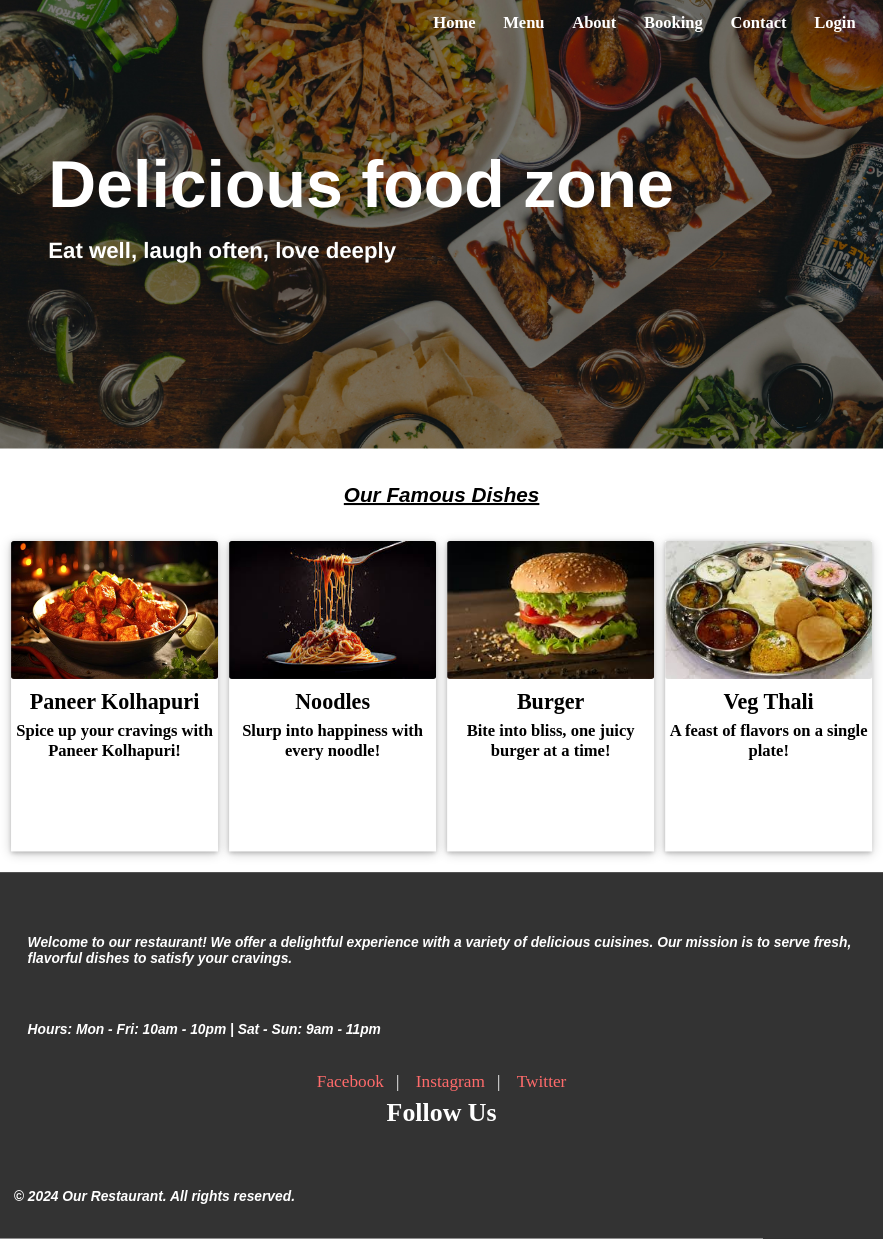
Repository: Shreya-Bonde/Restaurant-management-system
Page: index.html
An editor plug-in stored every save of this project. The page is shown before and after the next save, followed by the edit.
The browser window is 1280 px wide. The pictures show the whole page, at 69% of full size.

Above is the page before, as saved 2024-10-10 14:59:55.

After the next save:
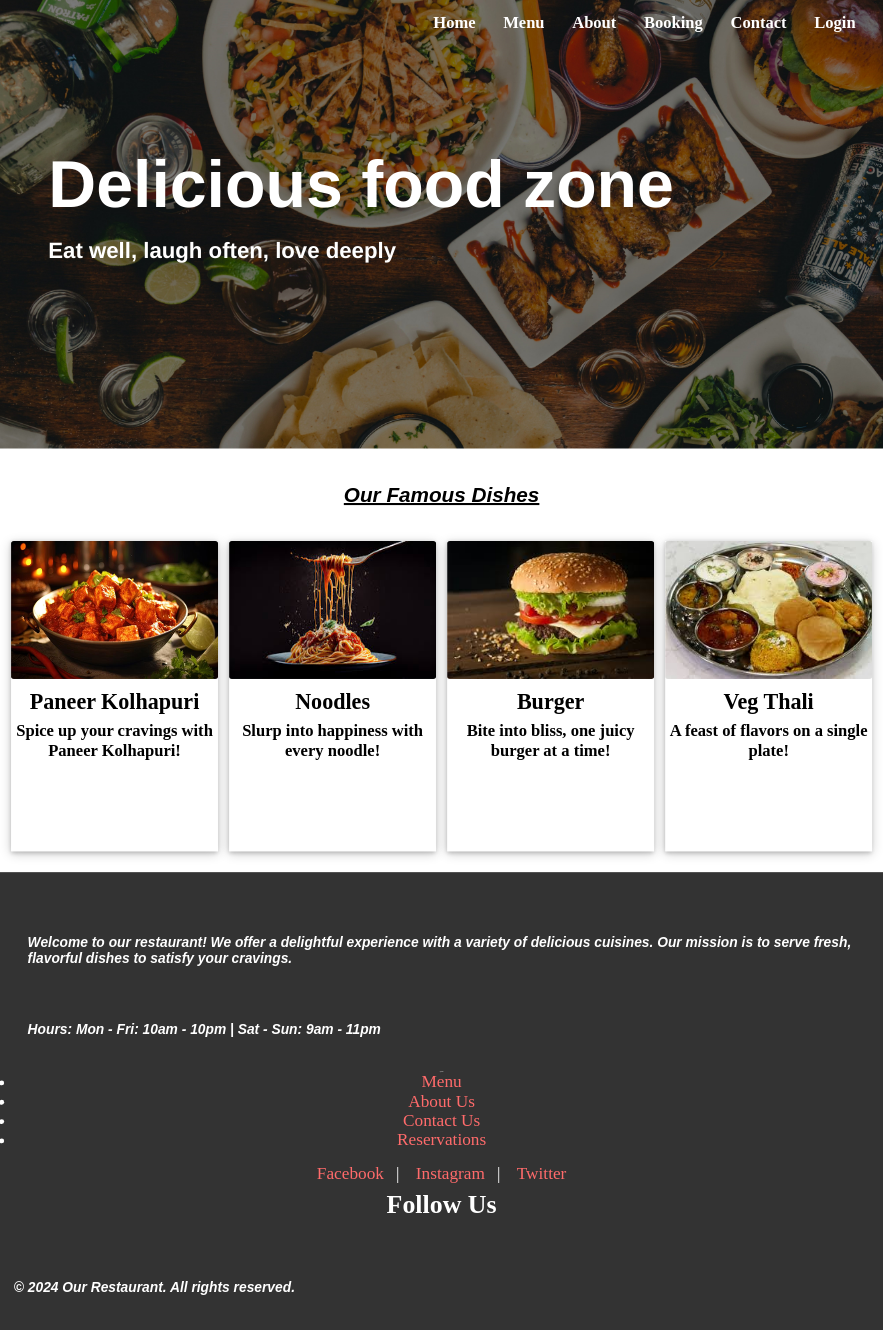
Saved 111 s later.
--- a/index.html
+++ b/index.html
@@ -58,7 +58,15 @@
                 </p>
                 <p>Hours: Mon - Fri: 10am - 10pm | Sat - Sun: 9am - 11pm</p>
             </div>
-
+            <div class="footer-section links">
+                <h2>Quick Links</h2>
+                <ul>
+                  <li><a href="menu.html">Menu</a></li>
+                  <li><a href="about.html">About Us</a></li>
+                  <li><a href="contact.html">Contact Us</a></li>
+                  <li><a href="reservations.html">Reservations</a></li>
+                </ul>
+              </div>
 
             <div class="social-media">
                 <div class="sm-handle">
